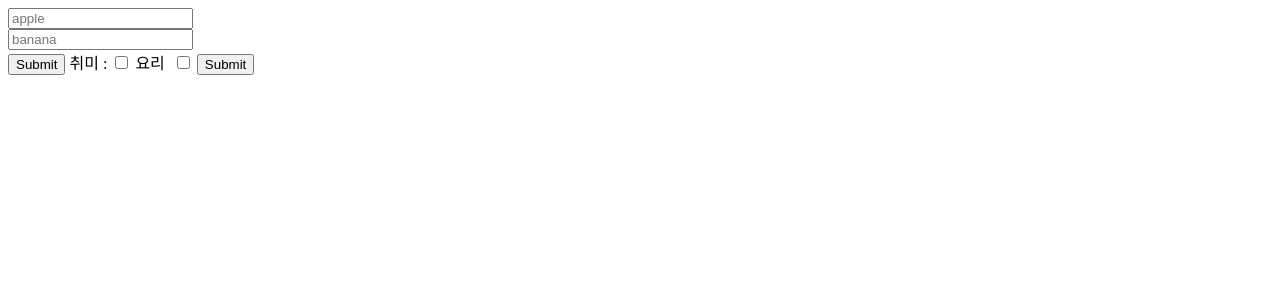
Repository: Kimhwawon/jsp_practice
Page: http://localhost/JSPBasic/JsObject/1.requests/req_param_send.jsp
The author's editor kept a copy of each file at every save. The page is drawn from the files as they stood at one save, then again after the next save.
The browser window is 1280 px wide. The pictures show the whole page.
The page is served by Tomcat 9.

Above is the page before, as saved 2022-02-03 06:08:16.

After the next save:
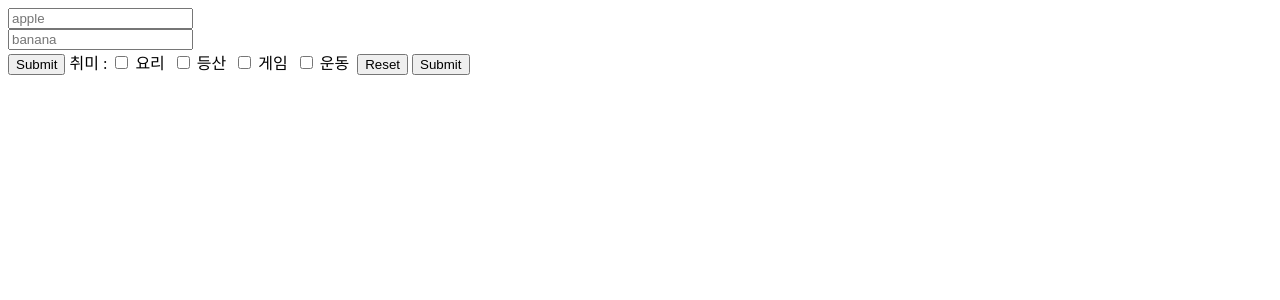
Saved 71 s later.
--- a/JSPBasic/src/main/webapp/JsObject/1.requests/req_param_send.jsp
+++ b/JSPBasic/src/main/webapp/JsObject/1.requests/req_param_send.jsp
@@ -21,7 +21,10 @@
 
 		취미 :
 		<input type = "checkbox" name= "hobby" > 요리&nbsp;
-		<input type = "checkbox"
+		<input type = "checkbox" name= "hobby" > 등산&nbsp;
+		<input type = "checkbox" name= "hobby" > 게임&nbsp;
+		<input type = "checkbox" name= "hobby" > 운동&nbsp;
+
 
 	<input type = "reset"/>
 	<input type = "submit"/>
